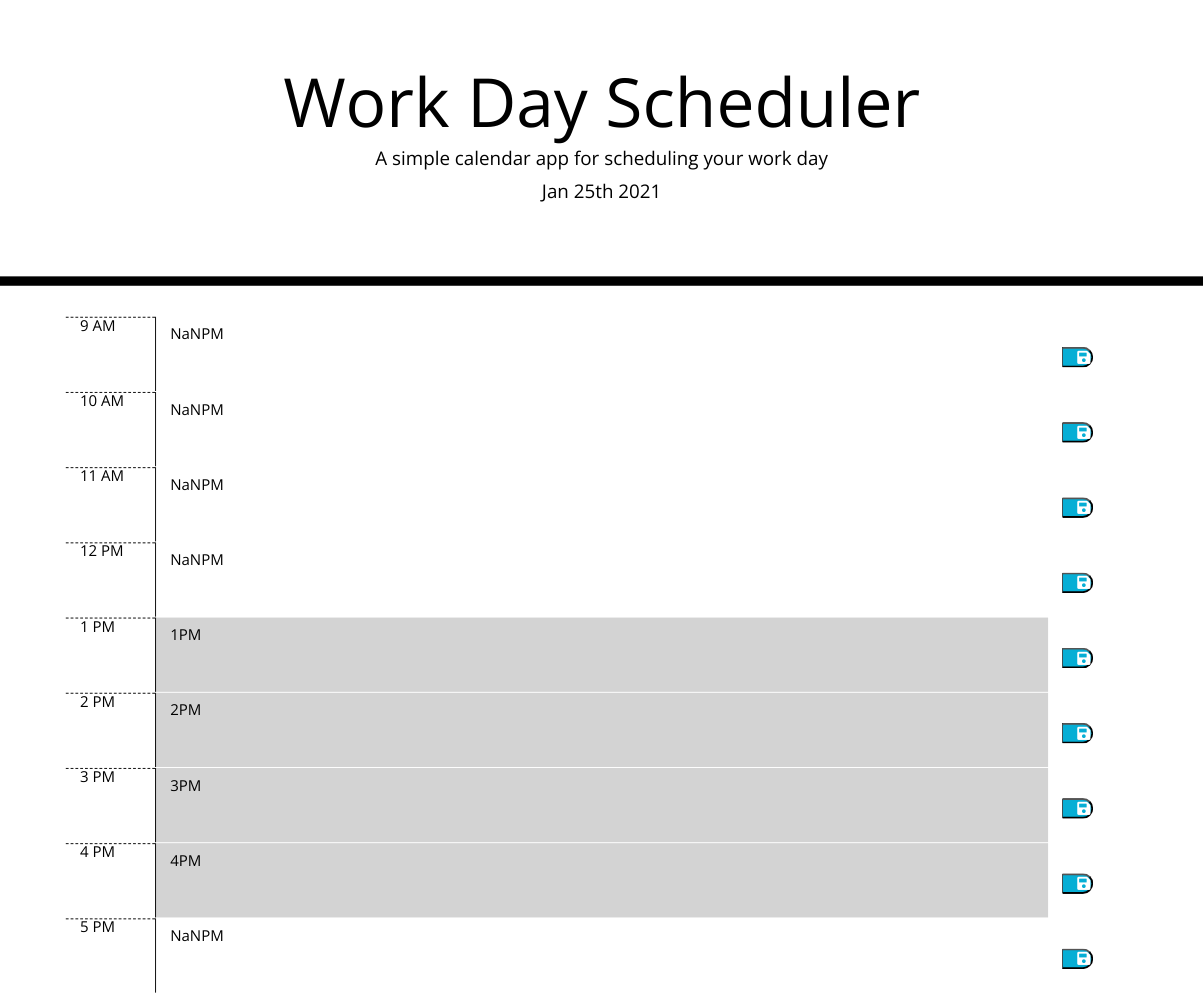
Repository: UPye/workDayScheduler
Page: index.html
An editor plug-in stored every save of this project. The page is shown before and after a run of saves, followed by the edit.
The browser window is 1280 px wide. The pictures show the whole page, at 94% of full size.
Some web libraries are served in a nearby version.

Above is the page before, as saved 2021-01-25 21:59:50.

### index.html
<!DOCTYPE html>
<html lang="en">
  <head>
    <meta charset="UTF-8" />
    <meta name="viewport" content="width=device-width, initial-scale=1.0" />
    <meta http-equiv="X-UA-Compatible" content="ie=edge" />
    <link
      rel="stylesheet"
      href="https://stackpath.bootstrapcdn.com/bootstrap/4.3.1/css/bootstrap.min.css"
    />
    <link
      rel="stylesheet"
      href="https://use.fontawesome.com/releases/v5.8.1/css/all.css"
      integrity="sha384-50oBUHEmvpQ+1lW4y57PTFmhCaXp0ML5d60M1M7uH2+nqUivzIebhndOJK28anvf"
      crossorigin="anonymous"
    />
    <link
      href="https://fonts.googleapis.com/css?family=Open+Sans&display=swap"
      rel="stylesheet"
    />
    <link rel="stylesheet" href="./assets/CSS/style.css" />
    <title>Work Day Scheduler</title>
  </head>

  <body>
    <header class="jumbotron">
      <h1 class="display-3">Work Day Scheduler</h1>
      <p class="lead">A simple calendar app for scheduling your work day</p>
      <p id="currentDay" class="lead"></p>
    </header>

      <!-- Timeblocks go here -->
    <main class="container">
      <section class="row timeblocks" id="ls">
        <div class="col-1 hour">9 AM</div>
        <textarea id="hour-9" class="task col-10" name="server" autocomplete="off"></textarea>
        <div class="col-1 save">
          <button type="button" id="save-9" data-id="9" class="saveBtn col-1"><i class="fas fa-save"></i></button>
        </div>
      </section>
      <section class="row timeblocks">
        <div class="col-1 hour">10 AM</div>
        <textarea id="hour-10" class="col-10 task" placeholder="" autocomplete="off"></textarea>
        <div class="col-1 save">
          <button type="button" id="save-10" data-id="10" class="saveBtn col-1"><i class="fas fa-save"></i></button>
        </div>
      </section>
      <section class="row timeblocks">
        <div class="col-1 hour">11 AM</div>
        <textarea id="hour-11" class="col-10 task" placeholder="" autocomplete="off"></textarea>
        <div class="col-1 save">
          <button type="button" id="save-11" data-id="11" class="saveBtn col-1"><i class="fas fa-save"></i></button>
        </div>
      </section>
      <section class="row timeblocks">
        <div class="col-1 hour">12 PM</div>
        <textarea id="hour-12" class="col-10 task" placeholder="" autocomplete="off"></textarea>
        <div class="col-1 save">
          <button type="button" id="save-12" data-id="12" class="saveBtn col-1"><i class="fas fa-save"></i></button>
        </div>
      </section>
      <section class="row timeblocks">
        <div class="col-1 hour">1 PM</div>
        <textarea id="hour-1" data-id="1" class="task col-10" placeholder="" autocomplete="off"></textarea>
        <div class="col-1 save">
          <button type="button" id="save-1" data-id="1" class="saveBtn col-1"><i class="fas fa-save"></i></button>
        </div>
      </section>
      <section class="row timeblocks">
        <div class="col-1 hour">2 PM</div>
        <textarea id="hour-2" data-id="2" class="task col-10" placeholder="" autocomplete="off"></textarea>
        <div class="col-1 save">
          <button type="button" id="save-2" data-id="2" class="saveBtn col-1"><i class="fas fa-save"></i></button>
        </div>
      </section>
      <section class="row timeblocks">
        <div class="col-1 hour">3 PM</div>
        <textarea id="hour-3" data-id="3" class="task col-10" placeholder="" autocomplete="off"></textarea>
        <div class="col-1 save">
          <button type="button" id="save-3" data-id="3" class="saveBtn col-1"><i class="fas fa-save"></i></button>
        </div>
      </section>
      <section class="row timeblocks">
        <div class="col-1 hour">4 PM</div>
        <textarea id="hour-4" data-id="4" class="task col-10" placeholder="" autocomplete="off"></textarea>
        <div class="col-1 save">
          <button type="button" id="save-4" data-id="4" class="saveBtn col-1"><i class="fas fa-save"></i></button>
        </div>
      </section>
      <section class="row timeblocks">
        <div class="col-1 hour">5 PM</div>
        <textarea id="hour-5" class="task col-10" placeholder="" autocomplete="off"></textarea>
        <div class="col-1 save">
          <button type="button" id="save-5" data-id="5" class="saveBtn col-1"><i class="fas fa-save"></i></button>
        </div>
      </section>
    </div>

    <script src="https://code.jquery.com/jquery-3.4.1.min.js"></script>
    <script src="https://cdnjs.cloudflare.com/ajax/libs/moment.js/2.24.0/moment.min.js"></script>
    <script src="./assets/JS/script.js"></script>
  </body>
</html>

### assets/CSS/style.css
body {
  font-family: 'Open Sans', sans-serif;
  font-size: 16px;
  line-height: 1;
}

textarea {
  background: transparent;
  border: none;
  resize: none;
  color: #000000;
  border-left: 1px solid black;
  padding: 10px;
}

.jumbotron {
  text-align: center;
  background-color: transparent;
  color: black;
  border-radius: 0;
  border-bottom: 10px solid black;
}

.description {
  white-space: pre-wrap;
}

.time-block {
  text-align: center;
  border-radius: 15px;
}

.row {
  white-space: pre-wrap;
  height: 80px;
  border-top: 1px solid white;;
}

.hour {
  background-color: #ffffff;
  color: #000000;
  border-top: 1px dashed #000000;
}

.past {
  background-color: #d3d3d3;
  color: black;
}

.present {
  background-color: #ff6961;
  color: black;
}

.future {
  background-color: #77dd77;
  color: black;
}

.saveBtn {
  border-left: 1px solid black;
  border-top-right-radius: 15px;
  border-bottom-right-radius: 15px;
  background-size: 1px 100px;
  background-color: #06AED5;
  color: white;
}

.saveBtn i:hover {
  font-size: 20px;
  transition: all .3s ease-in-out;
}

### assets/JS/script.js
// Displays the date at the top
var date = moment().format("MMM Do YYYY");
$("#currentDay").text(date);

// Continually check for the time, in case task due dates are approaching
var currentTime = parseInt(moment().format("H"));
var aryTasks = [];


// Listens for click events on clickable items
$("button").on("click", function(event) {

    var calendarEntryId = $(this).attr("data-id");
    var calendarTextElement = "#hour-" + calendarEntryId;
    var calendarText = $(calendarTextElement).val();

    console.log(calendarText);

    var createObject = {
        hour: parseInt(calendarEntryId),
        task: calendarText
    };

    aryTasks.push(createObject);

    // Upload input to localStorage
    localStorage.setItem("taskData", JSON.stringify(aryTasks));
});

var updateInfo = function () {
    date = moment();
    datetime.html(date.format("dddd, MMMM Do YYYY, h:mm:ss a"));
};


// Check if task is in the past, present, or future
$("textarea").each(function() {
    var calendarTime = parseInt($(this).attr("data-id"));
        $(this).removeClass("past");
        $(this).removeClass("present");
        $(this).removeClass("future");

        // Get data from the localStorage
        if (calendarTime >= 9 && calendarTime <= 11){
            $(this).val(calendarTime + "AM");
        } else {
            $(this).val(calendarTime + "PM");
        }
        if (calendarTime < currentTime) {
            $(this).addClass("past");
        }
        else if (calendarTime === currentTime) {
            $(this).addClass("present");
        }
        else if (calendarTime > currentTime) {
            $(this).addClass("future");
        };
});

aryTasks = JSON.parse(localStorage.getItem("taskData")) || [];

var renderData = function() {
    for(i=0; i < aryTasks.length; i++) {
        let input = $("#hour-" + aryTasks[i].hour);
        input.val(aryTasks[i].task);
    }
};

renderData();

After the next 2 saves:
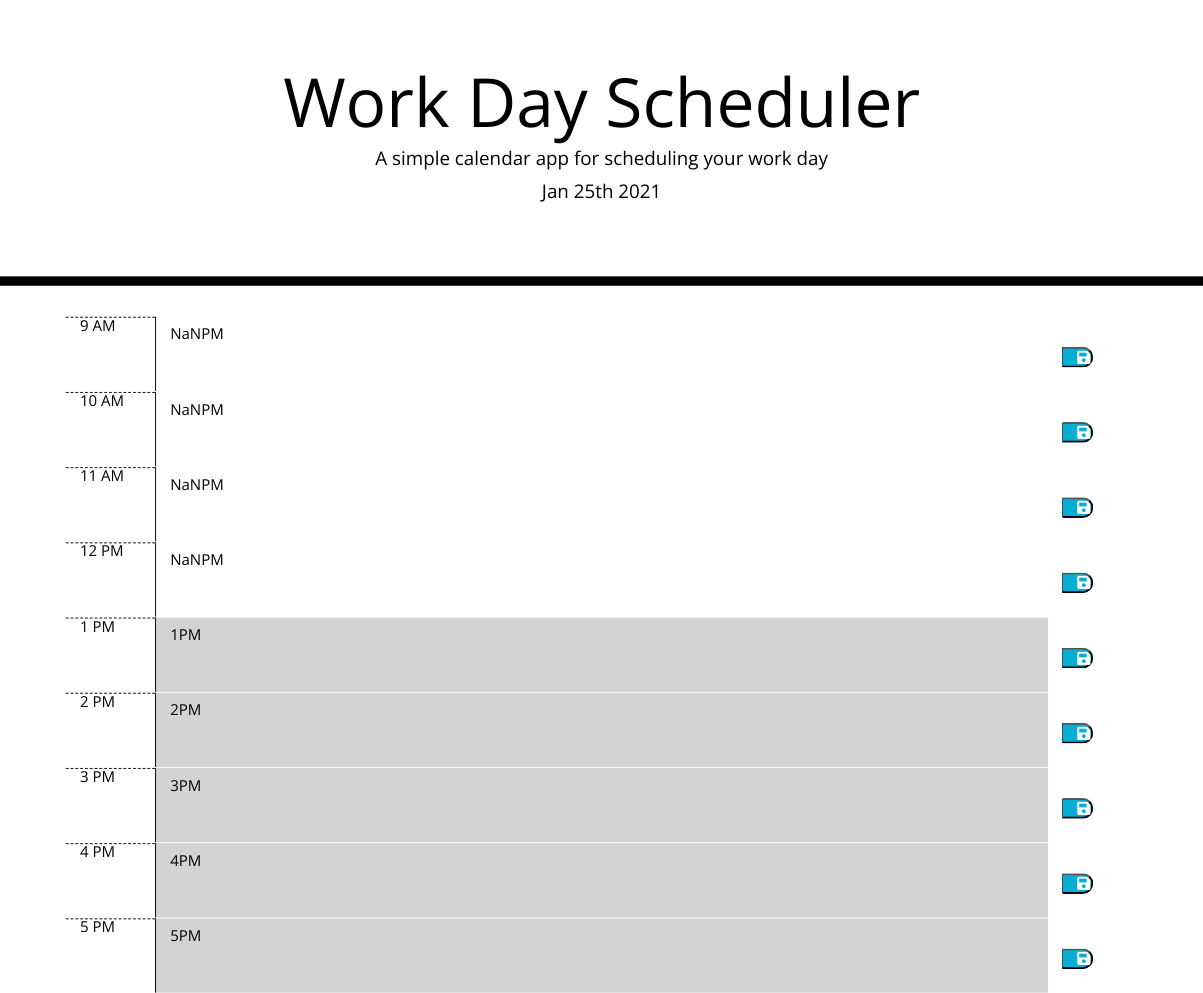
The 2 saves are shown as one change because they came seconds apart.
The last was saved 8 s later.
--- a/index.html
+++ b/index.html
@@ -89,7 +89,7 @@
       </section>
       <section class="row timeblocks">
         <div class="col-1 hour">5 PM</div>
-        <textarea id="hour-5" class="task col-10" placeholder="" autocomplete="off"></textarea>
+        <textarea id="hour-5" data-id="5" class="task col-10" placeholder="" autocomplete="off"></textarea>
         <div class="col-1 save">
           <button type="button" id="save-5" data-id="5" class="saveBtn col-1"><i class="fas fa-save"></i></button>
         </div>
